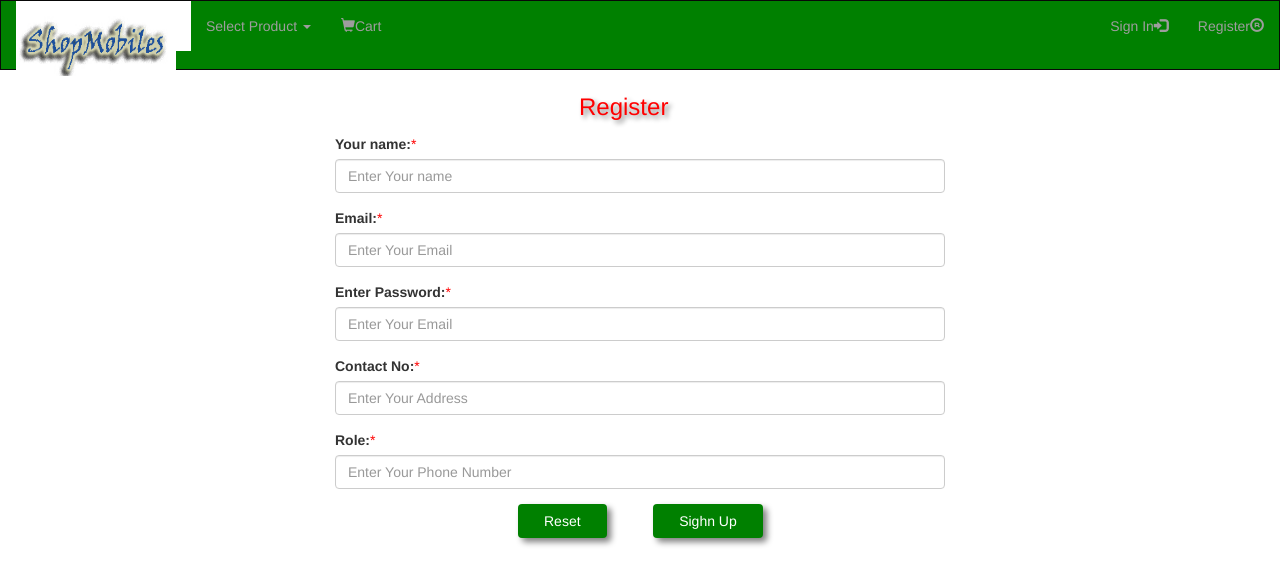
Repository: KoustabhBiswas/Final-Ecommerce-Project
Page: http://localhost/ecommerce1/WEB-INF/views/register.jsp
The author's editor kept a copy of each file at every save. The page is drawn from the files as they stood at one save, then again after the next save.
The browser window is 1280 px wide. The pictures show the whole page.
Some web libraries are served in a nearby version. The page is served by Tomcat 9. Nobody is signed in. The template is opened directly, without the code that normally fills it, so the values that code supplies are empty.

Above is the page before, as saved 2017-09-17 12:09:24.

After the next save:
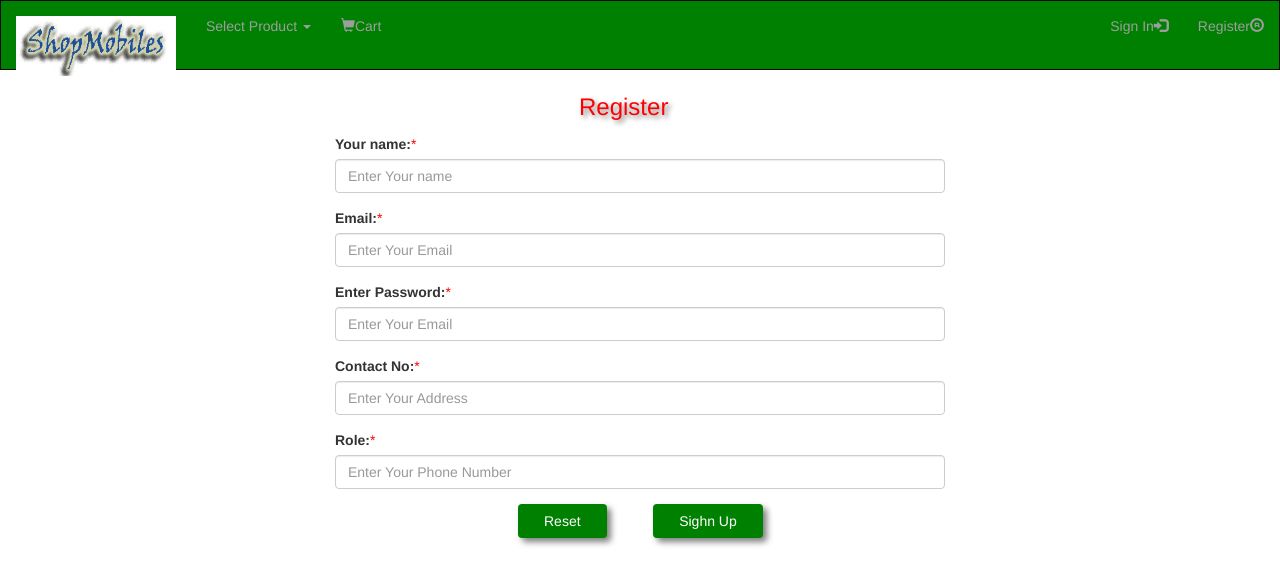
Saved 18 s later.
--- a/Final Ecommerce Project/Ecommerce_Project-master/project/ecommerce1/src/main/webapp/WEB-INF/views/shared/navbar.jsp
+++ b/Final Ecommerce Project/Ecommerce_Project-master/project/ecommerce1/src/main/webapp/WEB-INF/views/shared/navbar.jsp
@@ -14,7 +14,7 @@ nav {
 	<nav class="navbar navbar-inverse"
 		style="background-color: green; border-radius: 0px; color: white; height:70px">
 		<div class="container-fluid">
-			<div class="navbar-header" style="background-color:white; right:5%;">
+			<div class="navbar-header" >
 				<a class="navbar-brand" href="home" ><img
 					src="<c:url value="/resources/images/shopmobiles4.jpg" />" height=60px width=160px style="margin-bottom:1%"></a>
 			</div>
